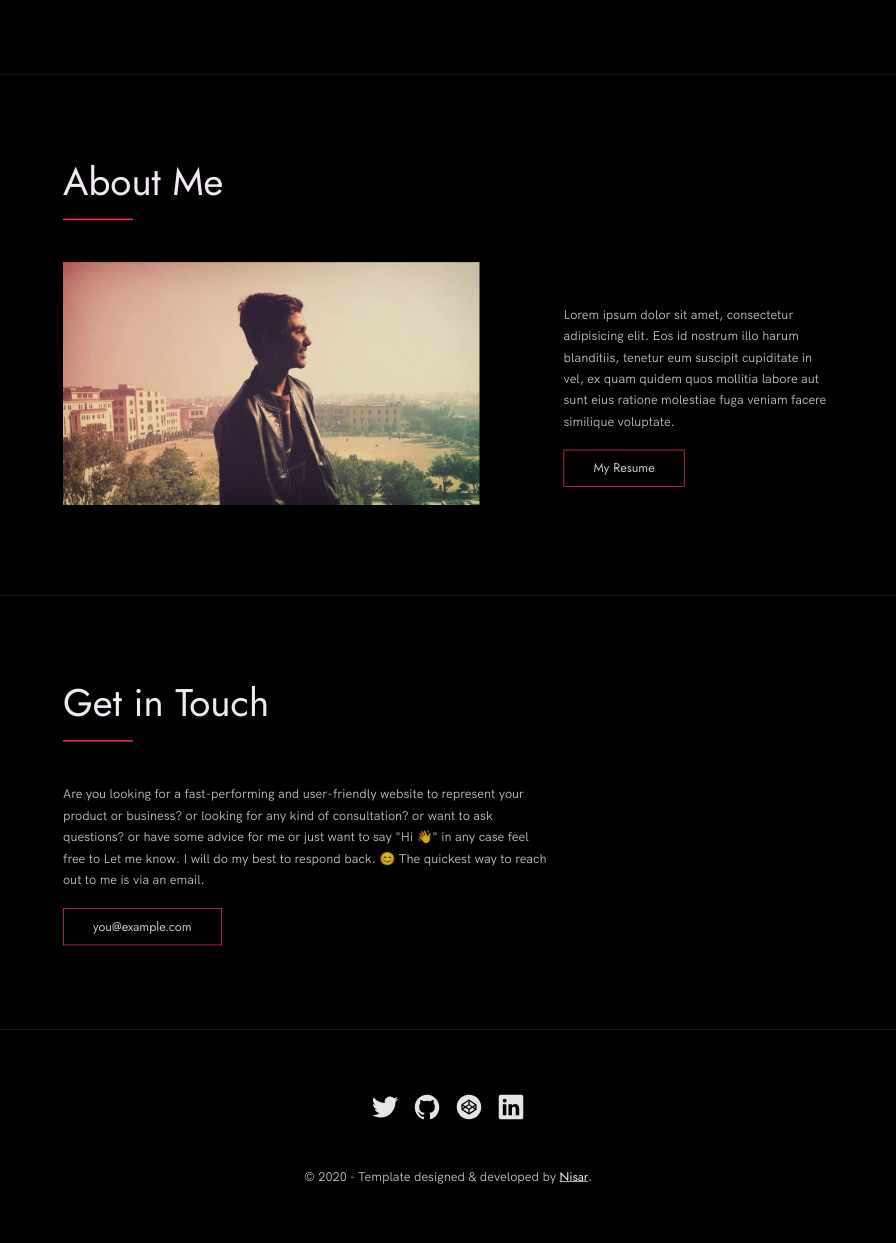
Repository: flyWithWater/portfolio
Page: index.html
An editor plug-in stored every save of this project. The page is shown before and after the next save, followed by the edit.
The browser window is 1280 px wide. The pictures show the part of the page from y = 3419 to 5339 px (the page is 5195 px tall before and 5339 px after), at 70% of full size.
Pictures or frames that could not be fetched are drawn as grey boxes. Backgrounds fixed to the window are drawn as part of the page.

Above is the page before, as saved 2026-04-15 16:27:37.

After the next save:
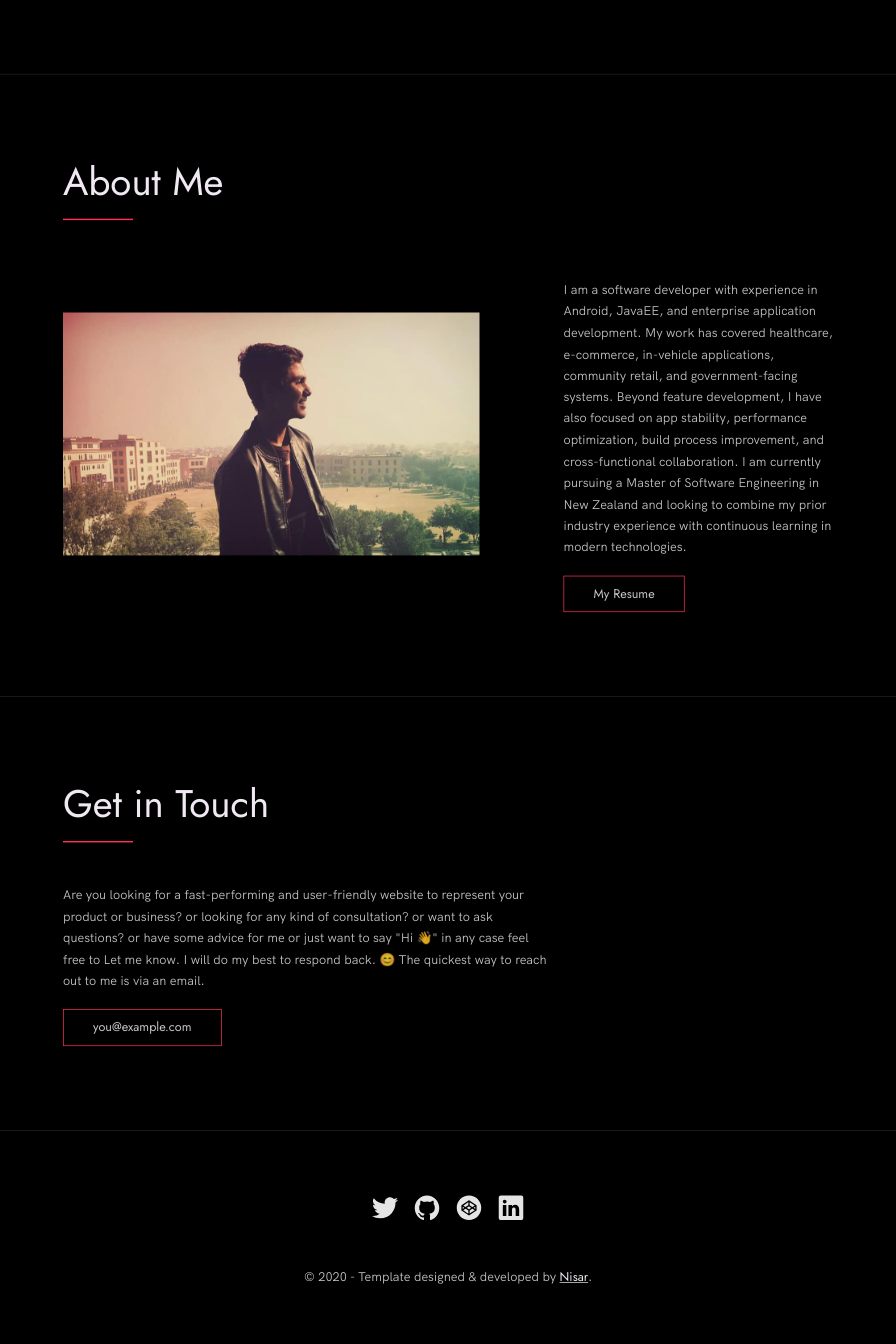
Saved 36 min 7 s later.
--- a/index.html
+++ b/index.html
@@ -199,10 +199,7 @@
           <div class="about__text">
             <!-- Replace the below paragraph with info about yourself -->
             <p>
-              Lorem ipsum dolor sit amet, consectetur adipisicing elit. Eos id
-              nostrum illo harum blanditiis, tenetur eum suscipit cupiditate
-              in vel, ex quam quidem quos mollitia labore aut sunt eius
-              ratione molestiae fuga veniam facere similique voluptate.
+              I am a software developer with experience in Android, JavaEE, and enterprise application development. My work has covered healthcare, e-commerce, in-vehicle applications, community retail, and government-facing systems. Beyond feature development, I have also focused on app stability, performance optimization, build process improvement, and cross-functional collaboration. I am currently pursuing a Master of Software Engineering in New Zealand and looking to combine my prior industry experience with continuous learning in modern technologies.
             </p>
             <!-- Provide a link to your resume -->
             <a href="#" class="btn">My Resume</a>
